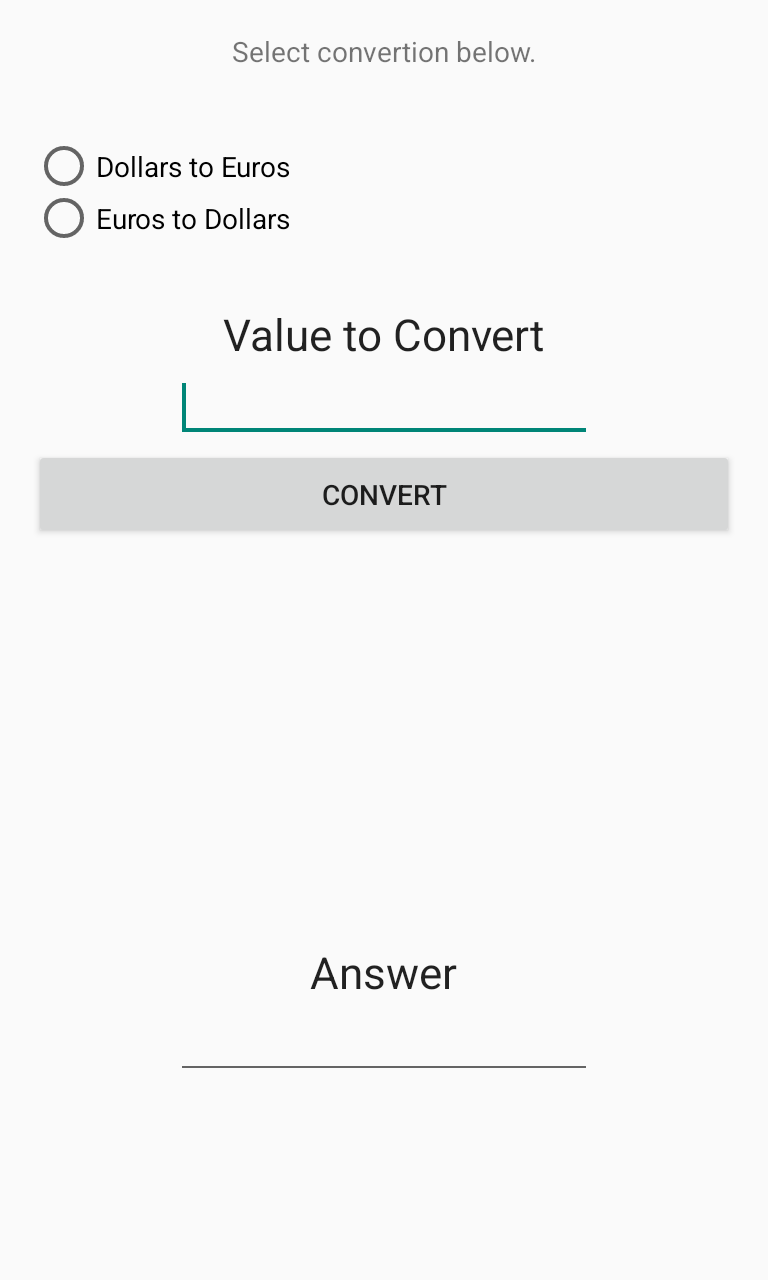
Repository: awayzo/6300Fall14Assignment4
Layout: UnitConvertor/res/layout/activity_currency.xml
The author's editor kept a copy of each file at every save. The layout is drawn from the files as they stood at one save, then again after the next save.
It is drawn on a 768 x 1280 px phone screen (xhdpi) without system bars, with theme AppTheme; the app's code is not run.

Above is the layout before, as saved 2014-09-27 07:41:00.

After the next save:
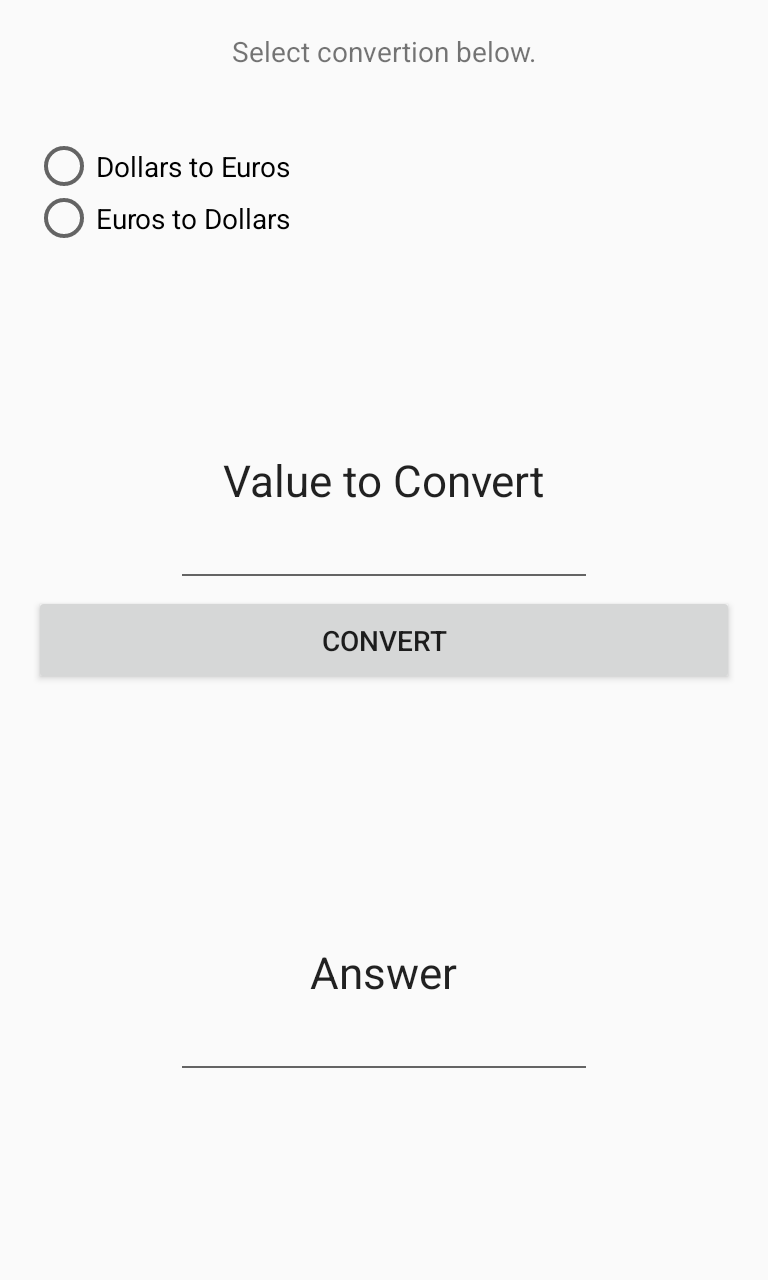
Saved 3 s later.
--- a/UnitConvertor/res/layout/activity_currency.xml
+++ b/UnitConvertor/res/layout/activity_currency.xml
@@ -26,18 +26,6 @@
         android:text="Select convertion below." />
 
     <EditText
-        android:id="@+id/txtValue"
-        android:layout_width="wrap_content"
-        android:layout_height="wrap_content"
-        android:layout_below="@+id/lblValue"
-        android:layout_centerHorizontal="true"
-        android:ems="10"
-        android:inputType="numberDecimal" >
-
-        <requestFocus />
-    </EditText>
-
-    <EditText
         android:id="@+id/txtAnswer"
         android:layout_width="wrap_content"
         android:layout_height="wrap_content"
@@ -46,24 +34,6 @@
         android:layout_marginBottom="82dp"
         android:ems="10"
         android:inputType="numberDecimal" />
-
-    <TextView
-        android:id="@+id/lblValue"
-        android:layout_width="wrap_content"
-        android:layout_height="wrap_content"
-        android:layout_below="@+id/@/RadioButton01"
-        android:layout_centerHorizontal="true"
-        android:layout_marginTop="27dp"
-        android:text="Value to Convert"
-        android:textAppearance="?android:attr/textAppearanceLarge" />
-
-    <Button
-        android:id="@+id/btnConvert"
-        android:layout_width="match_parent"
-        android:layout_height="wrap_content"
-        android:layout_below="@+id/txtValue"
-        android:layout_centerHorizontal="true"
-        android:text="Convert" />
 
     <RadioButton
         android:id="@+id/radioEurosToDollars"
@@ -75,7 +45,7 @@
         android:text="Euros to Dollars" />
 
     <RadioButton
-        android:id="@+id/@/RadioButton01"
+        android:id="@/RadioDollarsToEuros"
         android:layout_width="match_parent"
         android:layout_height="wrap_content"
         android:layout_alignBottom="@+id/radioEurosToDollars"
@@ -83,4 +53,30 @@
         android:layout_marginBottom="26dp"
         android:text="Dollars to Euros" />
 
+    <Button
+        android:id="@+id/btnConvert"
+        android:layout_width="match_parent"
+        android:layout_height="wrap_content"
+        android:layout_alignLeft="@+id/radioEurosToDollars"
+        android:layout_centerVertical="true"
+        android:text="Convert" />
+
+    <EditText
+        android:id="@+id/txtValue"
+        android:layout_width="wrap_content"
+        android:layout_height="wrap_content"
+        android:layout_above="@+id/btnConvert"
+        android:layout_centerHorizontal="true"
+        android:ems="10"
+        android:inputType="numberDecimal" />
+
+    <TextView
+        android:id="@+id/lblValue"
+        android:layout_width="wrap_content"
+        android:layout_height="wrap_content"
+        android:layout_above="@+id/txtValue"
+        android:layout_centerHorizontal="true"
+        android:text="Value to Convert"
+        android:textAppearance="?android:attr/textAppearanceLarge" />
+
 </RelativeLayout>
